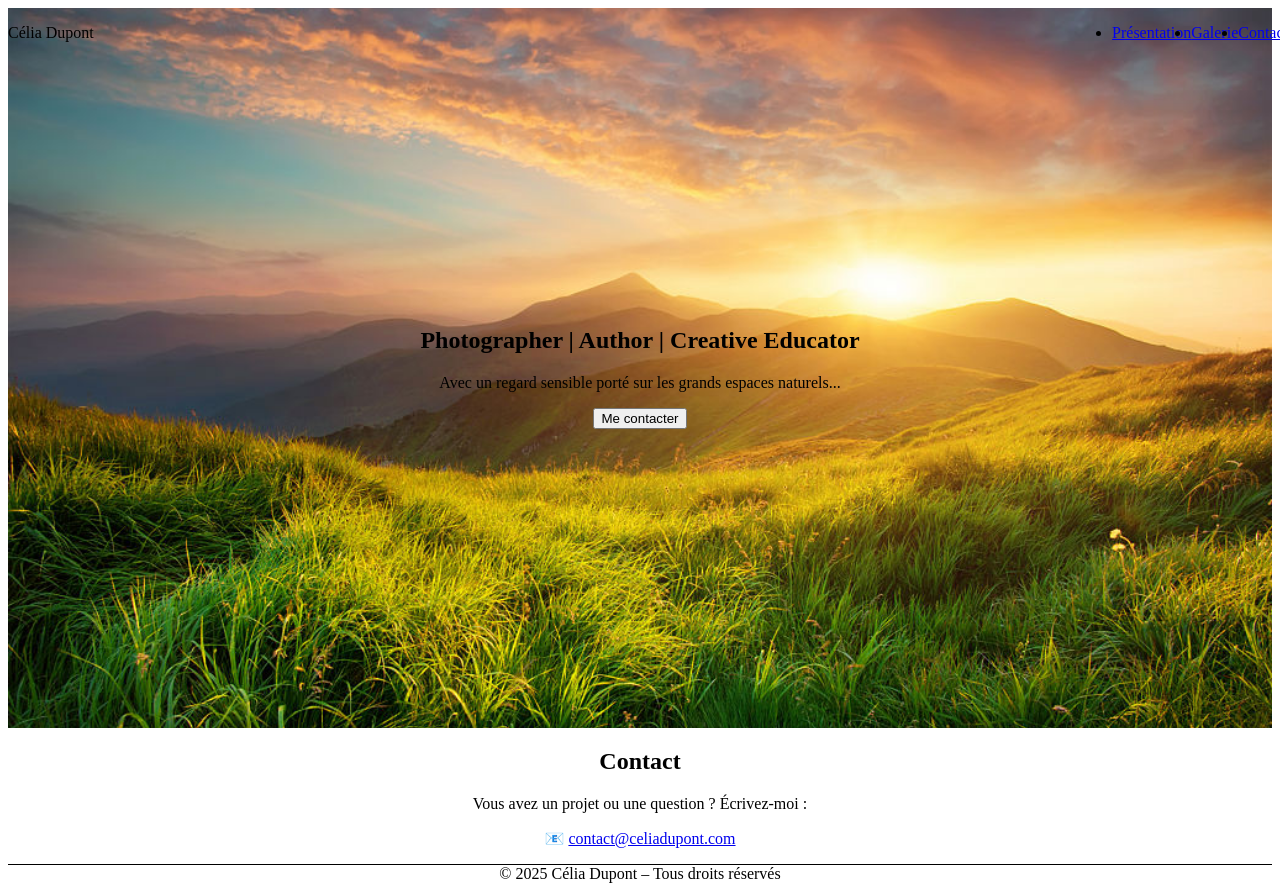
Repository: vincelhx/cd-photogrphy
Page: /
These files come from the project's save history. The page is drawn as it stood at one moment and after the next save; the edit follows.
The browser window is 1280 px wide. The pictures show the whole page.
The project was rebuilt for these pictures with package versions that can differ from the ones it lists, and the page was loaded fresh each time. Also part of the build but not shown: vite.config.ts, src/components/Gallery.tsx, src/pages/Portfolio.tsx.

Above is the page before, as saved 2025-08-04 13:57:27.

After the next save:
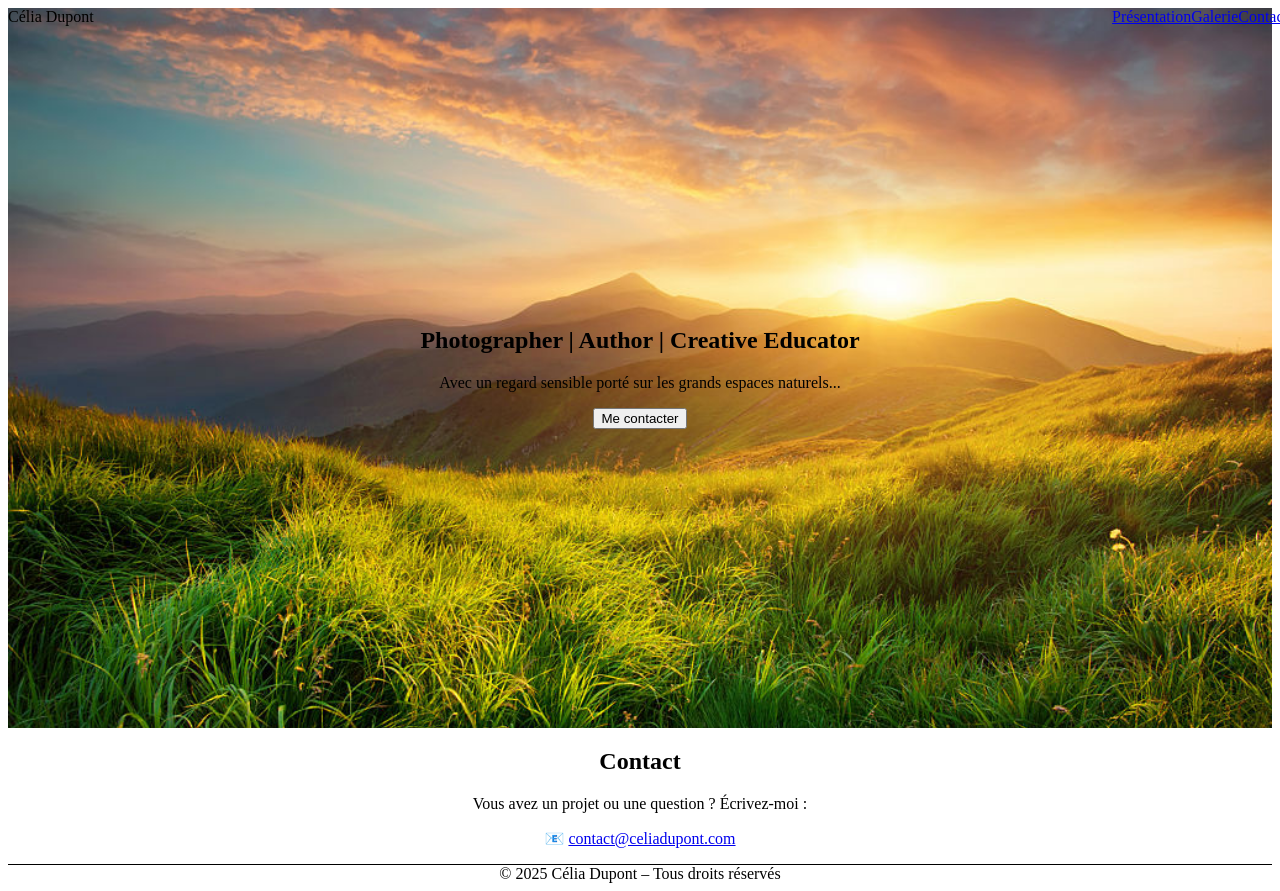
Saved 40 s later.
--- a/src/pages/NavBar.tsx
+++ b/src/pages/NavBar.tsx
@@ -2,29 +2,23 @@ import React from "react";
 
 const Navbar: React.FC = () => {
   return (
-    <nav className="fixed top-0 left-0 w-full bg-white shadow z-50">
-      <div className="max-w-6xl mx-auto px-6 py-4 flex justify-between items-center">
+    <nav className="fixed top-0 left-0 w-full bg-white shadow-md z-50">
+      <div className="max-w-6xl mx-auto px-6 py-4 flex items-center justify-between">
         {/* Nom à gauche */}
-        <div className="text-lg font-bold">Célia Dupont</div>
+        <div className="text-lg font-bold text-gray-800">Célia Dupont</div>
 
-        {/* Liens à droite */}
-        <ul className="flex gap-8 text-gray-800 text-sm font-medium">
-          <li>
-            <a href="#presentation" className="hover:text-black">
-              Présentation
-            </a>
-          </li>
-          <li>
-            <a href="#gallery" className="hover:text-black">
-              Galerie
-            </a>
-          </li>
-          <li>
-            <a href="#contact" className="hover:text-black">
-              Contact
-            </a>
-          </li>
-        </ul>
+        {/* Liens à droite — PAS de bullet, 100% horizontal */}
+        <div className="space-x-8 text-gray-700 text-sm font-medium">
+          <a href="#presentation" className="hover:text-black">
+            Présentation
+          </a>
+          <a href="#gallery" className="hover:text-black">
+            Galerie
+          </a>
+          <a href="#contact" className="hover:text-black">
+            Contact
+          </a>
+        </div>
       </div>
     </nav>
   );
